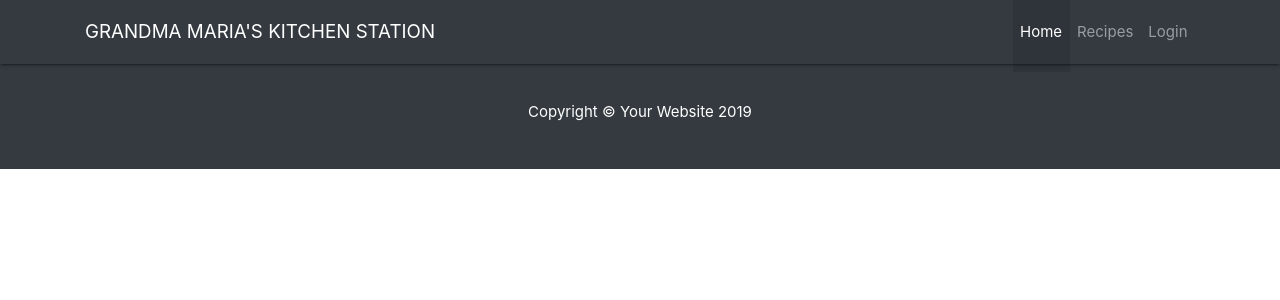
Repository: nadia-solution-tracker/sample-project-three
Page: http://localhost/add_recipe
The author's editor kept a record of every edit. The page is drawn from the files as they stood at one moment, then again after the next edit.
The browser window is 1280 px wide. The pictures show the whole page.
Some web libraries are served in a nearby version. The page is served by the project's application, run on Flask 3 (app.py). Other server files are loaded and not shown. Queries for data that is not in the repository find no rows.

Above is the page before.
Console error: SyntaxError: Unexpected end of input

### templates/allergens.html
{% extends 'base.html' %}
{% block content %}
    {% for allergen in allergens %}
        {{allergen.name}}
    {% endfor %}
{% endblock %}

### templates/base.html
<!DOCTYPE html>
<html lang="en">
<head>
	<meta charset="UTF-8">
    	<meta name="viewport" content="width=device-width, initial-	scale=1.0">
    	<meta http-equiv="X-UA-Compatible" content="ie=edge">
    	<!--Materialise CSS-->
     <link rel="stylesheet" href="https://cdnjs.cloudflare.com/ajax/libs/materialize/0.100.2/css/materialize.min.css">

    	<link rel="stylesheet" href="{{ url_for('static',filename='css/small-business.css') }}" type="text/css" />
	    <link rel="stylesheet" href="{{ url_for('static', filename='vendor/bootstrap/css/bootstrap.min.css') }}" type="text/css" />


    	<link rel="stylesheet" href="{{ url_for('static', filename='css/styles.css') }}" type="text/css" />
    	<title>Grandma Maria's Kitchen Station</title>
</head>
<body>
    <!-- Navigation -->
    <nav class="navbar navbar-expand-lg navbar-dark bg-dark fixed-top">
        <div class="container">
          <a class="navbar-brand" href="#">GRANDMA MARIA'S KITCHEN STATION</a>
          <button class="navbar-toggler" type="button" data-toggle="collapse" data-target="#navbarResponsive" aria-controls="navbarResponsive" aria-expanded="false" aria-label="Toggle navigation">
            <span class="navbar-toggler-icon"></span>
          </button>
          <div class="collapse navbar-collapse" id="navbarResponsive">
            <ul class="navbar-nav ml-auto">
              <li class="nav-item active">
                <a class="nav-link" href="{{url_for('index')}}">Home
                  <span class="sr-only">(current)</span>
                </a>
              </li>
              <li class="nav-item">
                <a class="nav-link" href="#">Recipes</a>
              </li>
              {% if 'username' not in session %}
                    <li class="nav-item">
                        <a class="nav-link {% block nav_login %}{% endblock %}" href="{{ url_for('login') }}">Login</a>
                    </li>
                {% else %}
                    <li class="nav-item">
                        <a class="nav-link {% block nav_create_recipe %}{% endblock %}" href="{{ url_for('add_recipe') }}">Add Recipe</a>
                    </li>
                    <li class="nav-item">
                        <a class="nav-link {% block nav_logout %}{% endblock %}" href="{{ url_for('logout') }}">Logout</a>
                    </li>
                {% endif %}
            </ul>
          </div>
        </div>
    </nav>
    {% if 'username' in session %}
    <h2 class="text-light font-italic bg-dark pt-2 pr-4 text-center">Welcome Back,<i> {{ session['username'] }}</i></h2>
    {% endif %}

    <div class="container">
    {% block content %}
    {% endblock %}

    </div>
    <!-- Footer -->
  <footer class="py-5 bg-dark">
    <div class="container">
      <p class="m-0 text-center text-white">Copyright &copy; Your Website 2019</p>
    </div>
    <!-- /.container -->
  </footer>



  <!-- Bootstrap core JavaScript -->

  <script src="vendor/jquery/jquery.min.js"></script>
  <script src="vendor/bootstrap/js/bootstrap.bundle.min.js"></script>
  <!--Jquery-->
  <script src="https://code.jquery.com/jquery-3.2.1.min.js" integrity="sha256-hwg4gsxgFZhOsEEamdOYGBf13FyQuiTwlAQgxVSNgt4=" crossorigin="anonymous"></script>
  <!--Materialise JavaScript-->
  <script src="https://cdnjs.cloudflare.com/ajax/libs/materialize/0.100.2/js/materialize.min.js"></script>
  <script>
    $(document).ready(function(){
       $('select').material_select();

  });
 $('.timepicker').pickatime({
    default: 'now',
    twelvehour: false, // change to 12 hour AM/PM clock from 24 hour
    donetext: 'OK',
  autoclose: false,
  vibrate: true // vibrate the device when dragging clock hand
});
$('.timepicker').on('mousedown',function(event){
    event.preventDefault();


  </script>
</body>

### app.py
import os
from flask import Flask, render_template, redirect, request, url_for, session,flash
from flask_pymongo import PyMongo
from bson.objectid import ObjectId
import bcrypt

app = Flask(__name__)

app.config["MONGO_DBNAME"] = 'myCookingDB'
app.config["MONGO_URI"] = os.getenv('MONGO_URI')
app.secret_key = "some_secret"

mongo = PyMongo(app)


@app.route('/')
@app.route('/index')
def index():
    return render_template('index.html')

@app.route('/login',methods=['GET','POST'])
def login():
    if request.method == 'POST':
        users = mongo.db.users
        # try and get one with same name as entered
        db_user = users.find_one({'name': request.form['username']})

        if db_user:
            # check password using hashing
            if bcrypt.hashpw(request.form['pass'].encode('utf-8'),
                             db_user['password']) == db_user['password']:
                session['username'] = request.form['username']
                session['logged_in'] = True
                # successful redirect to home logged in
                return redirect(url_for('index'))
            # must have failed set flash message
            flash('Invalid username/password combination')
    return render_template("login.html")

@app.route('/logout')
def logout():
    """Clears session and redirects to home"""
    session.clear()
    return redirect(url_for('index'))

@app.route('/register',methods=['GET','POST'])
def register():
    if request.method == 'POST':
        users = mongo.db.users
        existing_user = users.find_one({'name' : request.form['username']})

        if existing_user is None:
            hashpass = bcrypt.hashpw(request.form['password'].encode('utf-8'), bcrypt.gensalt())
            users.insert_one(
              { 'name' : request.form.get('username'), 'password' : hashpass, 'email' : request.form.get('email') })
            session['username'] = request.form['username']
            return redirect(url_for('index'))

        return 'That username already exists!'

    return render_template('register.html')

@app.route('/add_recipe')
def add_recipe():
    return render_template('allergens.html',allergens=mongo.db.allergens.find())



if __name__=='__main__':
    app.run(host=os.environ.get('IP'),
            port=int(os.environ.get('PORT')),
            debug=True)

### static/css/styles.css
#heading{
   /* background: url('https://img.freepik.com/free-photo/vegetables-set-left-black-slate_1220-685.jpg?size=626&ext=jpg') no-repeat center center;*/
    background: url('https://image.freepik.com/free-photo/food-ingredients-italian-pasta-spaghetti-grey-concrete-background_80743-1494.jpg') no-repeat center center;
    -webkit-background-size: cover;
    -moz-background-size: cover;
    -o-background-size: cover;
    background-size: cover;
    width:100%;
    height:20vw;/* https://help.issuu.com/hc/en-us/articles/115000631608-Resizing-Embeds-To-Be-Responsive*/
}

Loaded but not shown: static/css/small-business.css (common file)

After the next edit:
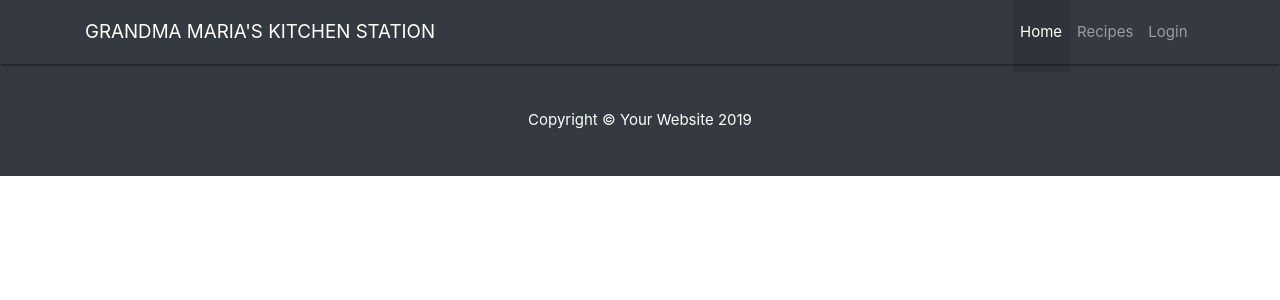
The edit:
--- a/templates/allergens.html
+++ b/templates/allergens.html
@@ -1,5 +1,6 @@
 {% extends 'base.html' %}
 {% block content %}
+<h2>
     {% for allergen in allergens %}
         {{allergen.name}}
     {% endfor %}
